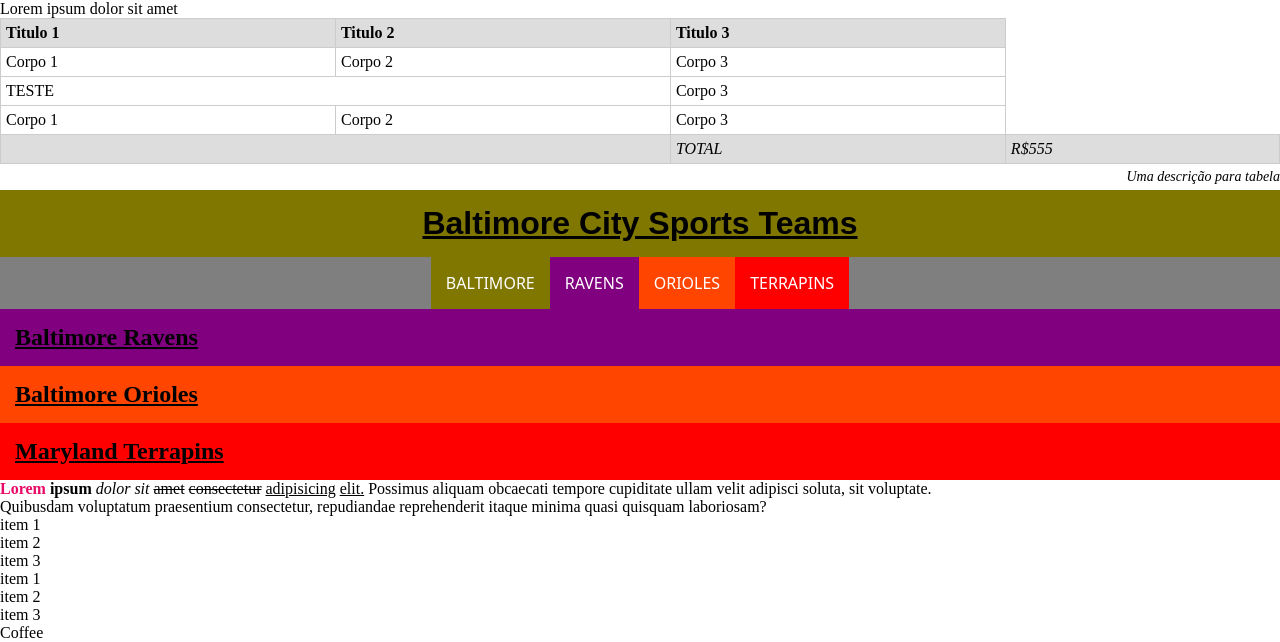
Repository: danilodscosta/CursoHTML
Page: index.html
These files come from the project's save history. The page is drawn as it stood at one moment and after the next save; the edit follows.
The browser window is 1280 px wide. The pictures show the part of the page from y = 0 to 642 px (the page is 1232 px tall).
A picture or video elsewhere on the page could not be fetched, so the positions and the page height are approximate.

Above is the page before, as saved 2023-11-02 13:04:33.

After the next save:
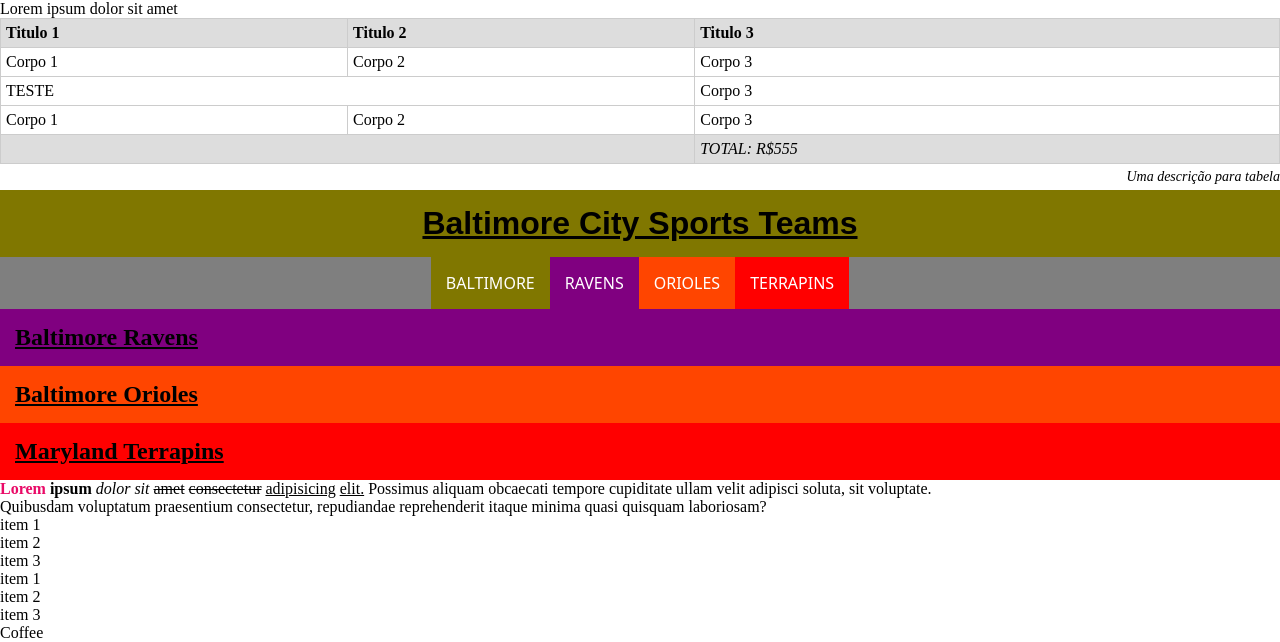
Saved 23 s later.
--- a/index.html
+++ b/index.html
@@ -234,10 +234,7 @@
         <tfoot>
             <tr>
                 <td colspan="2" rowspan="2"></td>
-                <td rowspan="2">TOTAL</td>
-            </tr>
-            <tr>
-                <td>R$555</td>
+                <td rowspan="2">TOTAL: R$555</td>
             </tr>
         </tfoot>
     </table>
